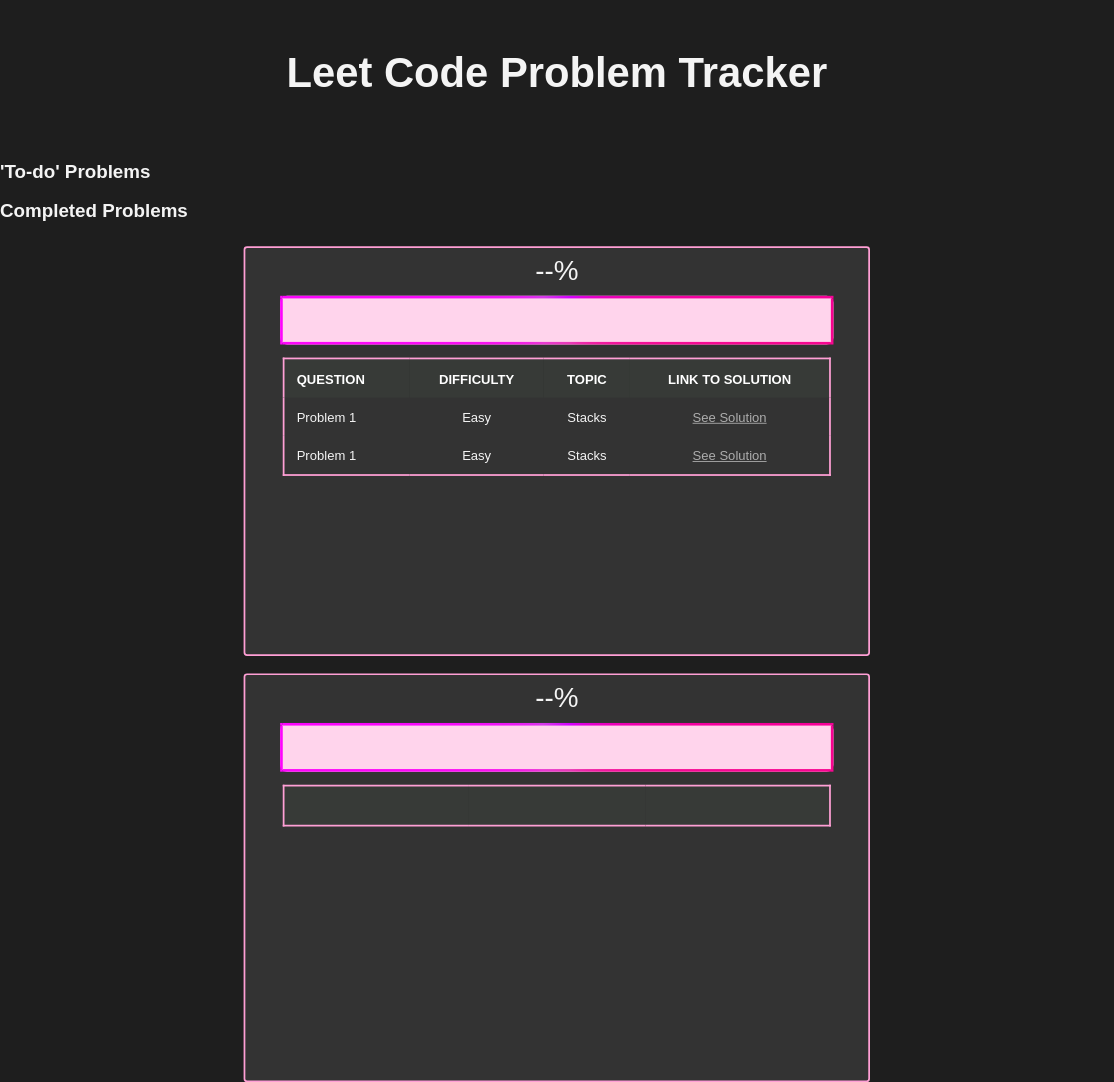
Repository: bbrockbrown/leet-code-tracker
Page: index.html
An editor plug-in stored every save of this project. The page is shown before and after the next save, followed by the edit.
The browser window is 1280 px wide. The pictures show the whole page, at 87% of full size.

Above is the page before, as saved 2024-07-28 17:35:59.

### index.html
<!DOCTYPE html>
<html lang="en">
<head>
    <meta charset="UTF-8">
    <meta name="viewport" content="width=device-width, initial-scale=1.0">
    <link rel="stylesheet" href="styles.css">
    <script>src="script.js"</script>
    <title>Document</title>
</head>
<body>
    <div class="main">
        <h1 id="header">Leet Code Problem Tracker</h1>
    </div>

    <div class="tracking-titles">
        <h2>'To-do' Problems</h2>
        <h2>Completed Problems</h2>
    </div>

    <div class="tracking-container">
        <!-- Have some script grab random leet code problems daily -->
        <div class="todo-tracking">
            <div class="todo-percent">--%</div>
            <div class="progressbar" id="todo-bar"> <!--% Container for progressbar --> </div>
            <table>
                <tbody>
                    <tr>
                        <th>Question</th>
                        <th>Difficulty</th>
                        <th>Topic</th>
                        <th>Link to Solution</th>
                    </tr>

                    <tr>
                        <td>Problem 1</td>
                        <td class="easy-prob">Easy</td>
                        <td class="topic">Stacks</td>
                        <td class="solution"><a href="">See Solution</a></td>
                    </tr>

                    <tr>
                        <td>Problem 1</td>
                        <td class="easy-prob">Easy</td>
                        <td class="topic">Stacks</td>
                        <td class="solution"><a href="">See Solution</a></td>
                    </tr>
                </tbody>
            </table>
        </div>

        <!-- Brings to page with links to completed problems, area to write
         notes about how it was solved, topics used, etc-->
        <div class="completed-tracking">
            <div class="completed-percent">--%</div>
            <div class="progressbar" id="completed-bar"> <!--% Container for progressbar --> </div>
            <table>
                <tbody>
                    <tr>
                        <th></th>
                        <th></th>
                        <th></th>
                    </tr>
                </tbody>
            </table>
        </div>
    </div>

    <div class="footer">
        <!-- Placeholder!!! -->
    </div>
</body>
</html>

### styles.css
:root {
    --tracking-border-color: rgb(255, 159, 213);
}

@keyframes rotate {
	to {
		--angle: 360deg;
	}
}

@property --angle {
  syntax: '<angle>';
  initial-value: 0deg;
  inherits: false;
}

html, body {
    height: 100%;
    display: flex;
    flex-direction: column;
  }

head {
    display: none;
}

body {
    font-family: Arial, sans-serif;
    background: #1e1e1e;
    margin: 0;
    padding: 0;
    color: #f4f4f4;
    overflow: hidden;
    font-size: 90%;
}

.main {
    display: flex;
    flex-flow: column;
    justify-content: center;
    align-items: center;
    padding: 24px;
}

#header {
    font-size: 48px;
}

.tracking-container {
    display: flex;
    flex-flow: row wrap;
    align-items: flex-start;
    justify-content: space-evenly;
    height: 100%;
}

.todo-tracking, .completed-tracking {
    border: 2px solid var(--tracking-border-color);
    border-radius: 4px;
    font-size: 32px;
    text-align: center;
    box-shadow: 8px rgb(255, 159, 213, 0.8);
    height: 100%;
    width: 700px;
    padding: 8px;
    background-color: #333;
    margin: 10px auto;
    display: inline-block;
    max-width: 75%;
    max-height: 85%;
    overflow-y: auto;
    color: #f4f4f4;
}

.todo-tracking:hover, .completed-tracking:hover {
    filter: brightness(85%);
}

/* progress bar fills more as more complete */
.progressbar {
    width: 90%;
    height: 50px;
    border-radius: 8px;
    background-color: rgb(255, 212, 236);
    margin: 10px auto;
    --angle: 0deg;
    /* FOR FUTURE: make it so user can change border gradient */
    --very-pink: rgb(249, 0, 141);
    --pink: rgb(233, 58, 183);
    --pinkish-purple: rgb(233, 58, 210);
    --magenta: magenta;
    --purple: rgb(213, 58, 233);
    --very-purple: rgb(212, 0, 255);
	border: 3px solid;
	border-image: conic-gradient(from var(--angle), var(--very-pink), var(--pink), var(--pinkish-purple), var(--magenta), var(--purple), var(--very-purple), var(--very-pink)) 1;
	animation: 4s rotate linear infinite;
}

table {
    width: 90%;
    display: table;
    margin: 15px auto;
    border-collapse: collapse;
    transition: box-shadow 0.3s ease-in-out;
    border: 2px solid var(--tracking-border-color);
    border-radius: 10px;
    box-shadow: #1e1e1e;
}

tbody {
    display: table-row-group;
    vertical-align: middle;
    unicode-bidi: isolate;
    border-color: inherit;
    font-size: 15px;
}

tr {
    display: table-row;
    vertical-align: inherit;
    unicode-bidi: isolate;
    border-color: inherit;
}

th {
    color: white;
    text-transform: uppercase;
    background-color: #373a37;
}

th:first-child, td:first-child {
    text-align: left;
}

th, td {
    padding: 8px 14px;
    transition: background-color 0.5s;
    height: 28px;
    border: 0px;
    white-space: nowrap;
}

a {
    text-decoration:underline;
    color: inherit;
}

a:visited {
    color: rgb(173, 173, 173);
}

After the next save:
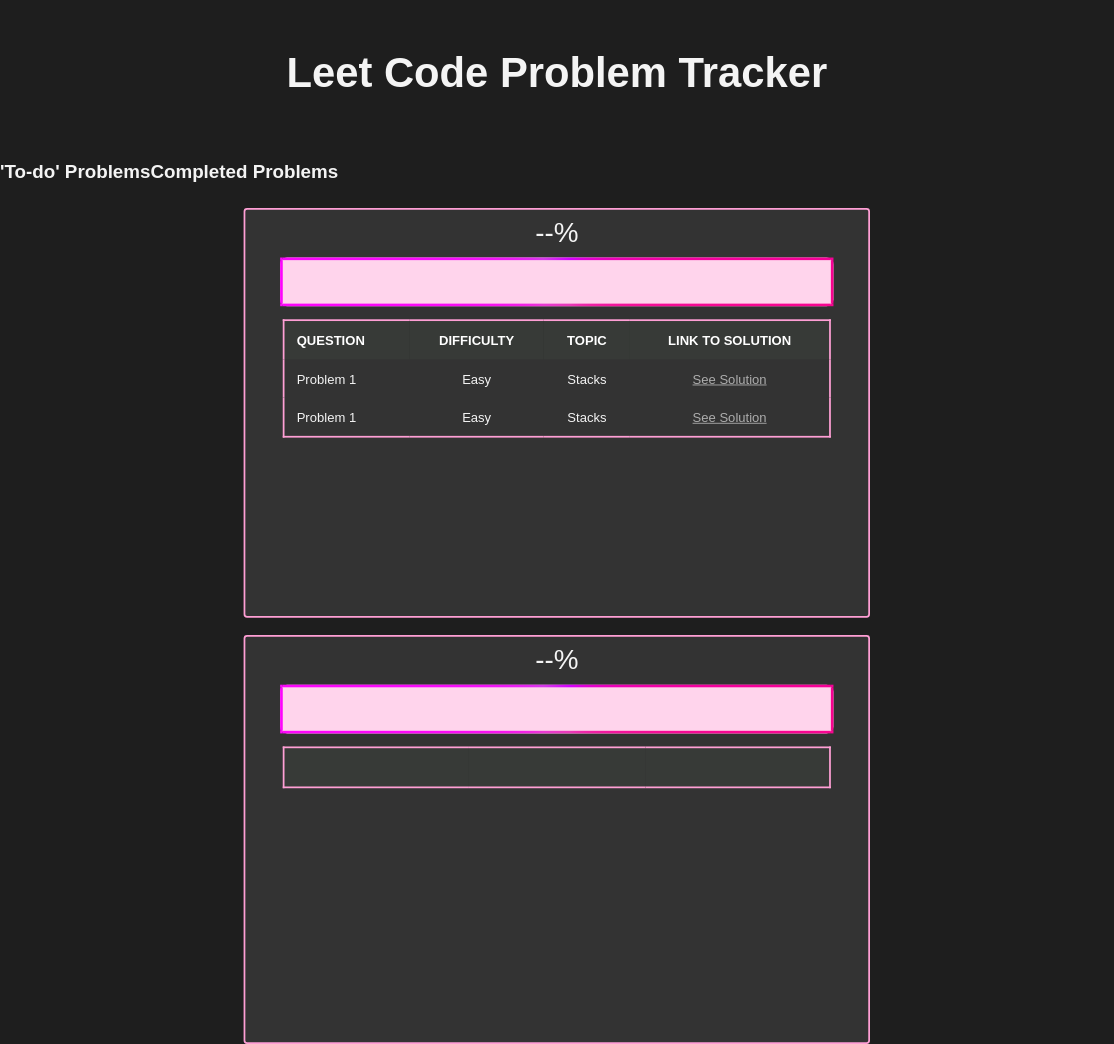
Saved 19 s later.
--- a/styles.css
+++ b/styles.css
@@ -44,6 +44,10 @@ body {
 
 #header {
     font-size: 48px;
+}
+
+.tracking-titles {
+    display: flex;
 }
 
 .tracking-container {
